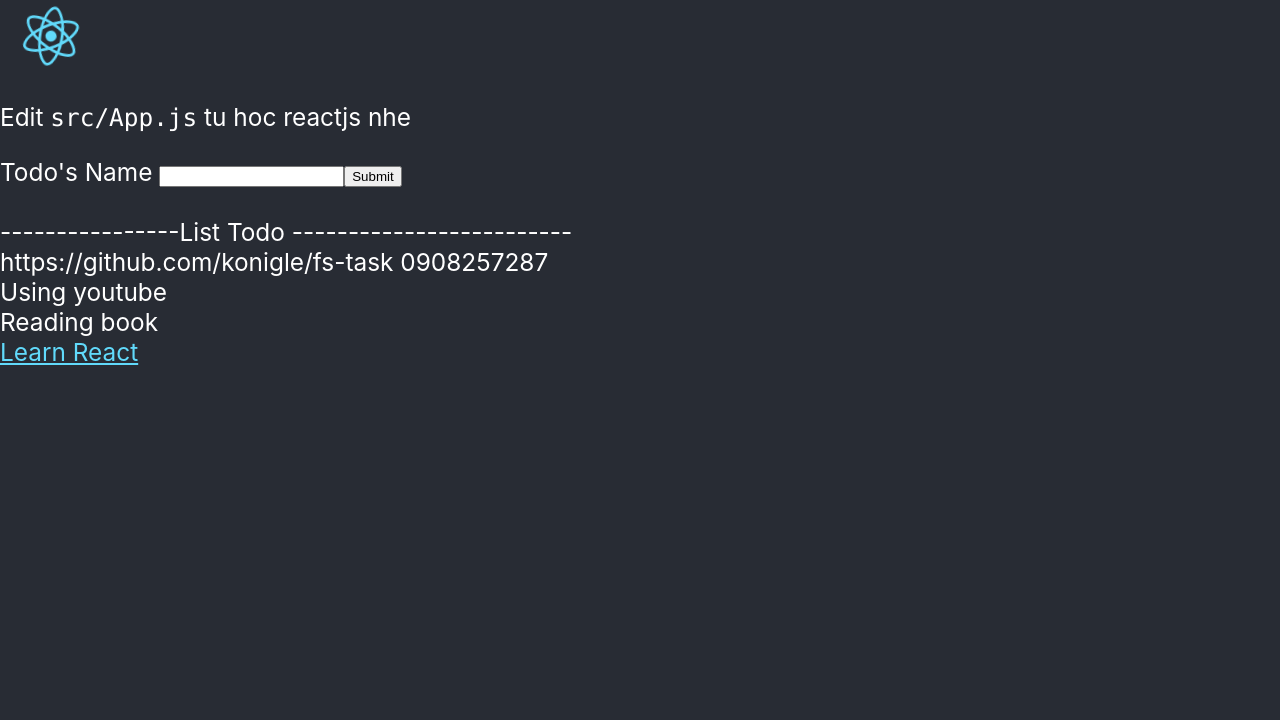
Repository: baothi/learn-reactjs
Page: /
The author's editor kept a copy of each file at every save. The page is drawn from the files as they stood at one save, then again after the next save.
The browser window is 1280 px wide. The pictures show the whole page.
The project was rebuilt for these pictures with package versions that can differ from the ones it lists, and the page was loaded fresh each time.

Above is the page before, as saved 2022-10-04 16:57:29.

After the next save:
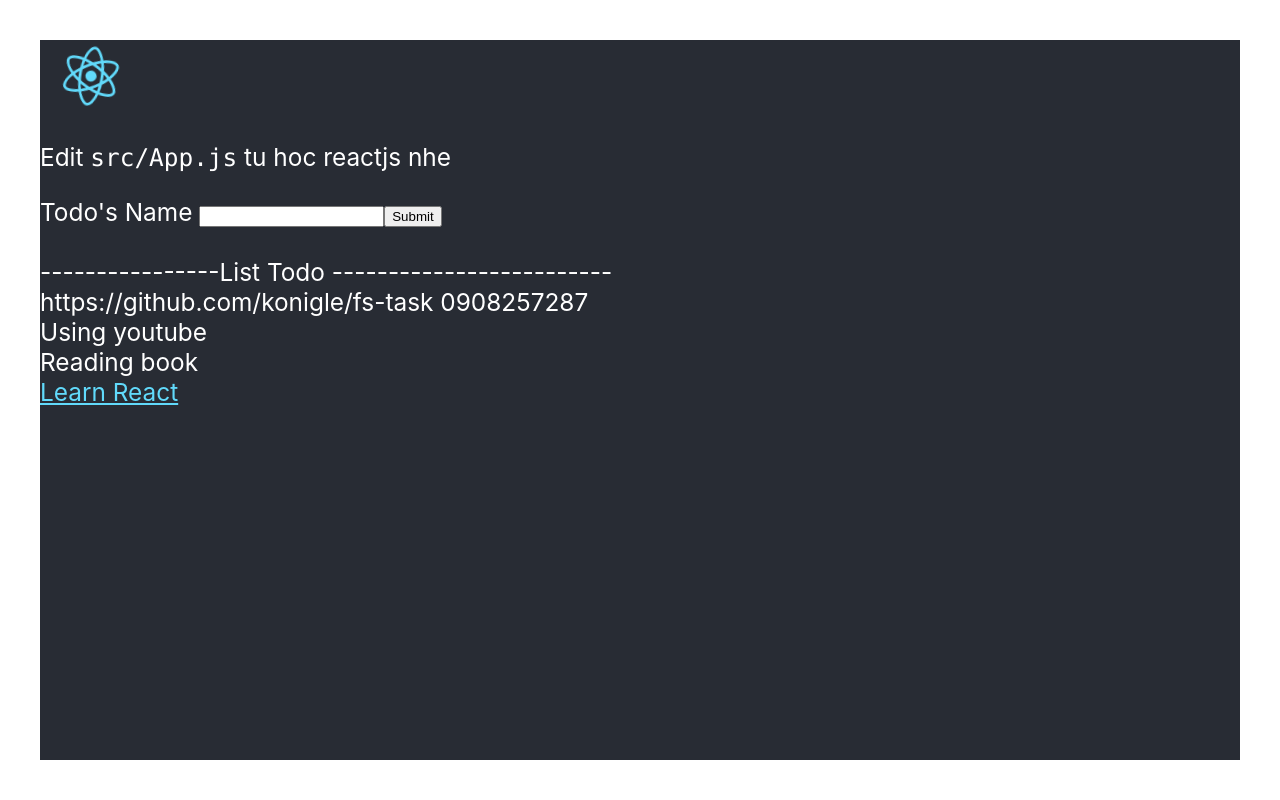
Saved 65 s later.
--- a/src/App.css
+++ b/src/App.css
@@ -1,6 +1,8 @@
-/* .App {
-  text-align: center;
-} */
+.App {
+  /* text-align: center; */
+  padding: 20px;
+  margin: 20px;
+}
 
 .App-logo {
   height: 10vmin;
